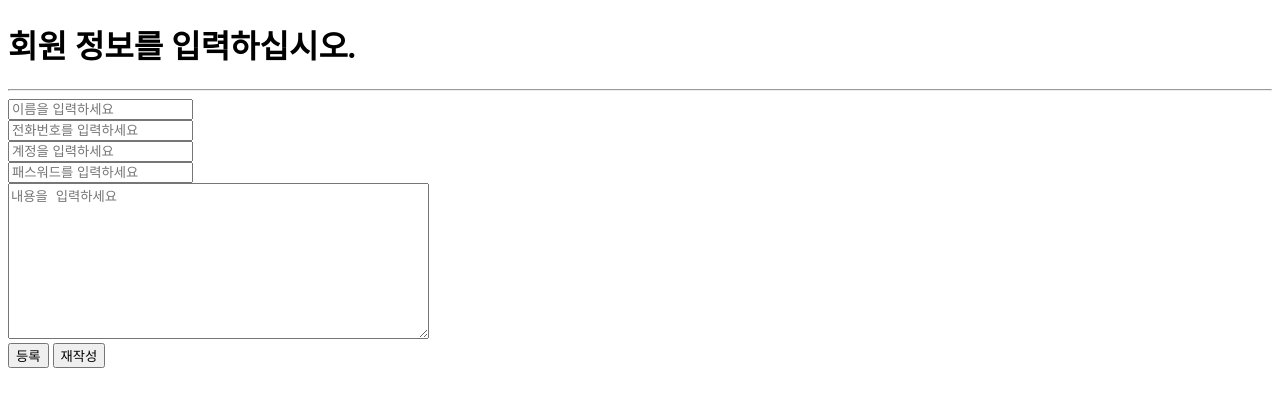
Repository: jhsnex123/web_study
Page: edu/src/main/webapp/cssexam/csslab2.html
An editor plug-in stored every save of this project. The page is shown before and after the next save, followed by the edit.
The browser window is 1280 px wide. The pictures show the whole page.

Above is the page before, as saved 2024-09-19 02:04:03.

### edu/src/main/webapp/cssexam/csslab2.html
<!DOCTYPE html>
<html>
<head>
<meta charset="UTF-8">
<title>Insert title here</title>
</head>
<body>
<h1>회원 정보를 입력하십시오.</h1>
<hr>
<input name=name placeholder="이름을 입력하세요" required><br>
<input name=name placeholder="전화번호를 입력하세요" required><br>
<input name=name placeholder="계정을 입력하세요" required><br>
<input name=name placeholder="패스워드를 입력하세요" required><br>
<textarea name="memo" rows="10" cols="50" placeholder="내용을 입력하세요" required></textarea><br>
<input type="submit" value="등록">
<input type="reset" value="재작성">
</body>
</html>

After the next save:
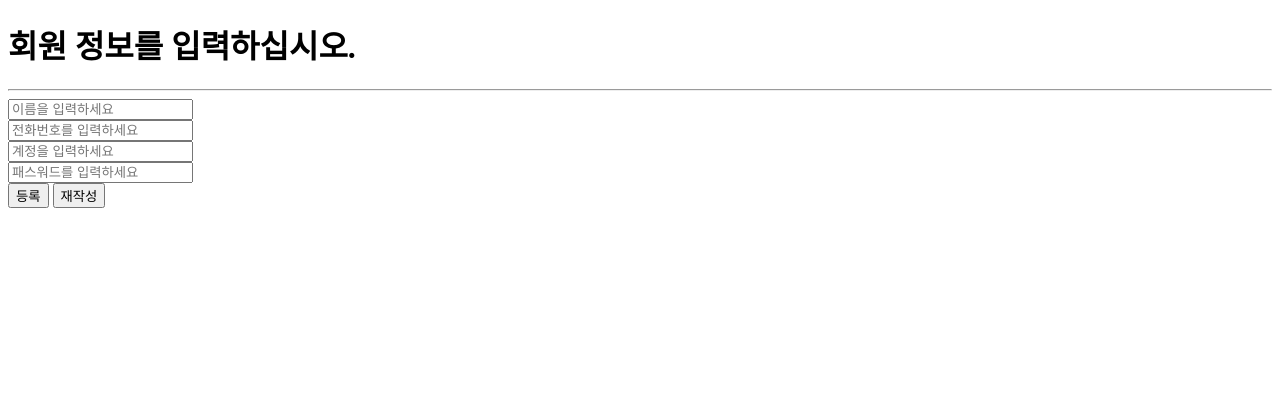
Saved 19 s later.
--- a/edu/src/main/webapp/cssexam/csslab2.html
+++ b/edu/src/main/webapp/cssexam/csslab2.html
@@ -11,7 +11,6 @@
 <input name=name placeholder="전화번호를 입력하세요" required><br>
 <input name=name placeholder="계정을 입력하세요" required><br>
 <input name=name placeholder="패스워드를 입력하세요" required><br>
-<textarea name="memo" rows="10" cols="50" placeholder="내용을 입력하세요" required></textarea><br>
 <input type="submit" value="등록">
 <input type="reset" value="재작성">
 </body>
